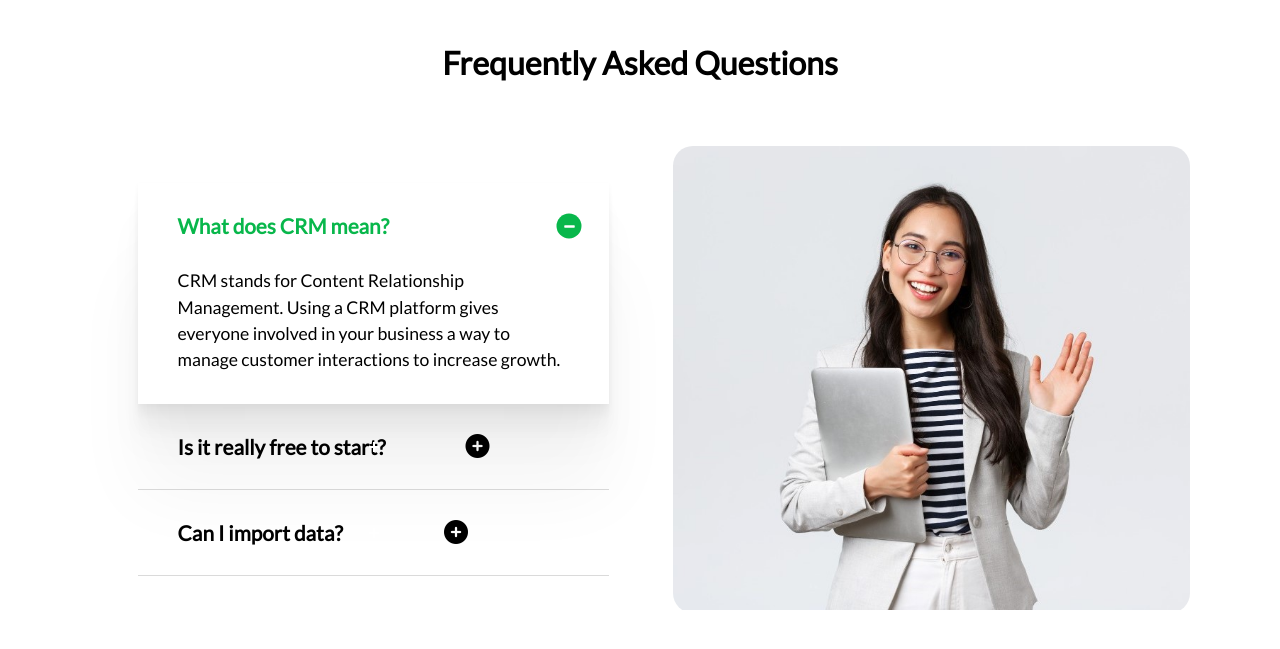
Repository: emiliaiwu/faq_component
Page: index.html
These files come from the project's save history. The page is drawn as it stood at one moment and after a run of saves; the edit follows.
The browser window is 1280 px wide. The pictures show the whole page.
Some icons come from a web library that is not loaded, so they are not drawn. Some web libraries are served in a nearby version.

Above is the page before, as saved 2022-12-13 20:53:15.

After the next 3 saves:
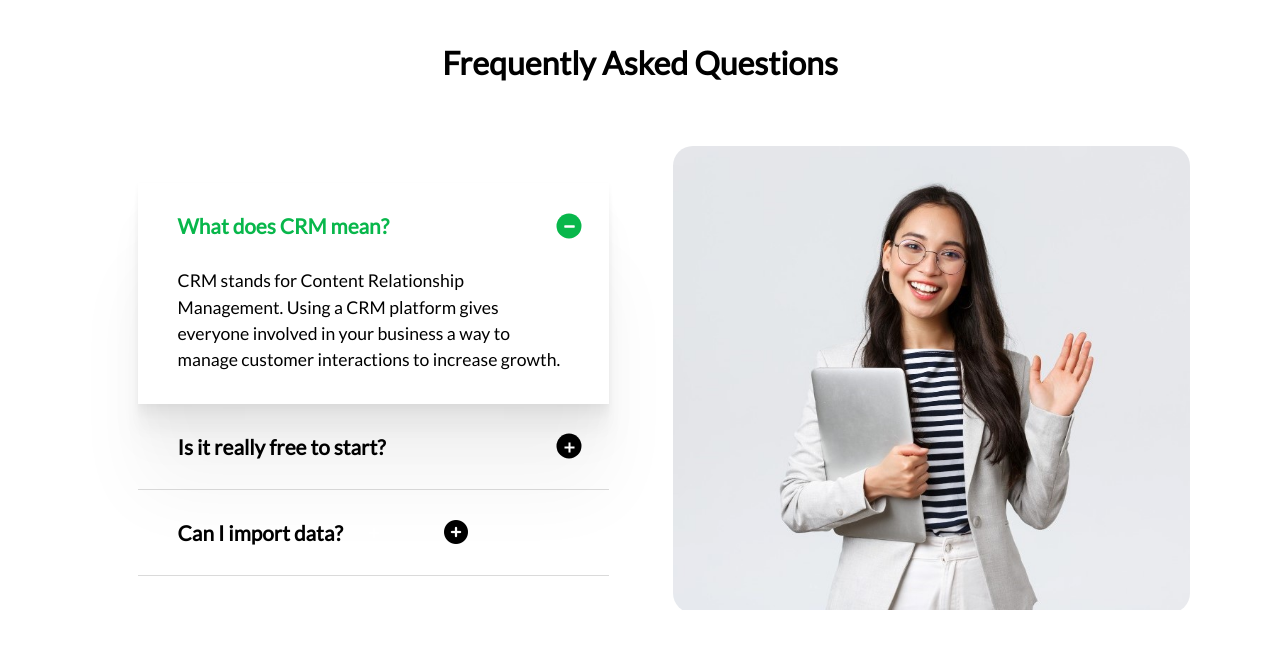
The 3 saves are shown as one change because they came seconds apart.
The last was saved 11 s later.
--- a/index.html
+++ b/index.html
@@ -32,8 +32,11 @@
                 <div class="faq_content">
                     <div class="faq_header">
                         <h3>Is it really free to start?</h3>
-                        <i class="fa-solid fa-circle-plus"></i>
-                        <i class="fa-solid fa-circle-minus"></i>
+                        <div class="toggle-parent">
+                             <div class="toggle">
+                                <i class="fa-solid fa-circle-minus"></i>
+                            </div>
+                        </div>
                     </div>
                     <div class="content_wrap">
                         <p class="content">
